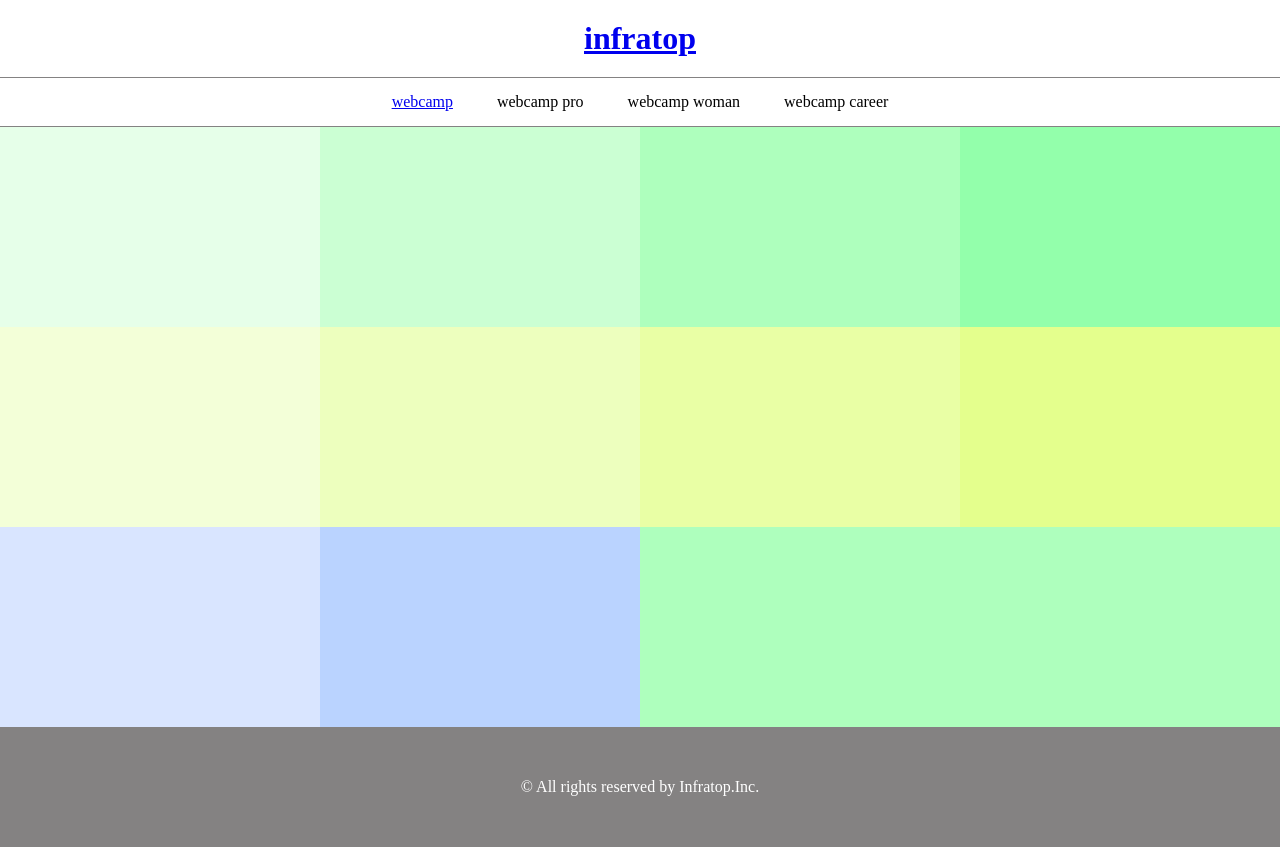
Repository: monami1021/DMM-WEBCAMP
Page: chapter5_exercise/chapter5_exercise.html
The author's editor kept a record of every edit. The page is drawn from the files as they stood at one moment, then again after the next edit.
The browser window is 1280 px wide. The pictures show the whole page.

Above is the page before.

After the next edit:
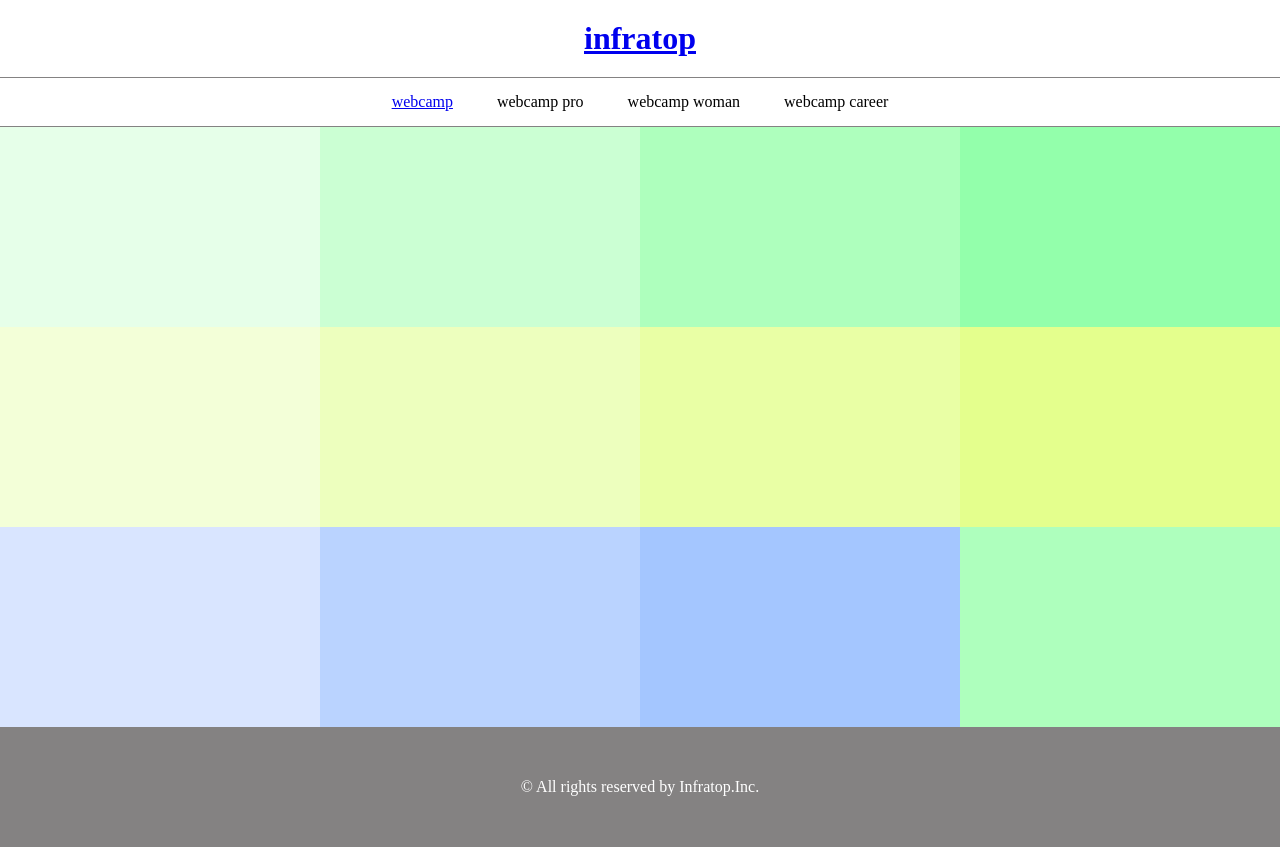
The edit:
--- a/chapter5_exercise/chapter5_exercise.html
+++ b/chapter5_exercise/chapter5_exercise.html
@@ -68,7 +68,7 @@
       background-color: ;
     }
     .box11{
-      background-color: #aeffbd;
+      background-color: #;
     }
     .box12{
       background-color: #aeffbd;
